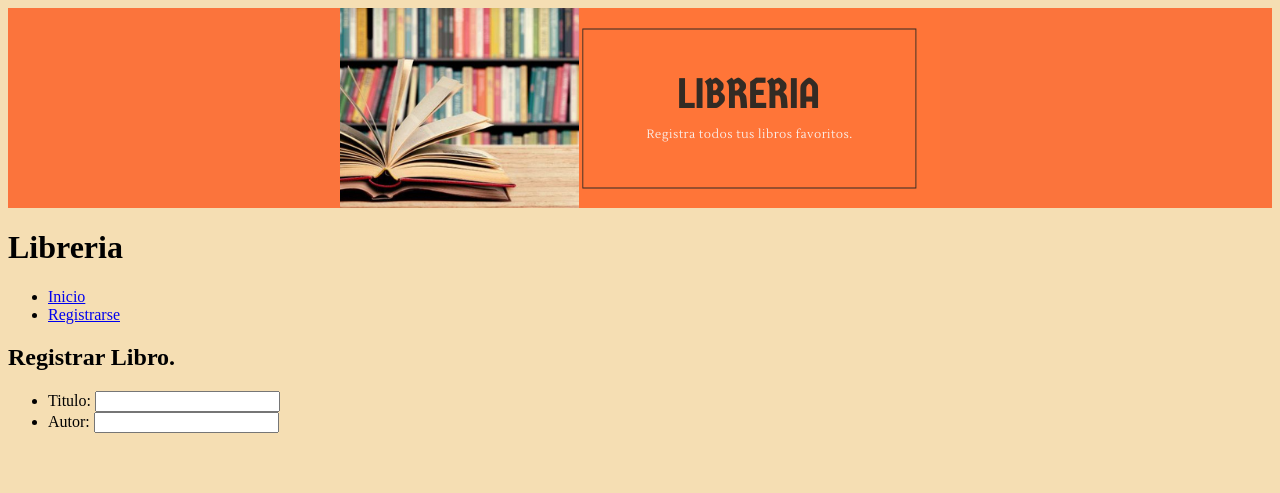
Repository: frnalonso/libreria
Page: src/main/resources/templates/registro.html
The author's editor kept a copy of each file at every save. The page is drawn from the files as they stood at one save, then again after the next save.
The browser window is 1280 px wide. The pictures show the whole page.

Above is the page before, as saved 2021-10-31 02:37:27.

### src/main/resources/templates/registro.html
<!DOCTYPE html>
<html lang="en">
<head>
    <meta charset="UTF-8">
    <meta http-equiv="X-UA-Compatible" content="IE=edge">
    <meta name="viewport" content="width=device-width, initial-scale=1.0">
    <title>Registro</title>
    <link rel="stylesheet" href="/src/main/resources/static/registrostyle.css">
</head>
<body>


    <header>
    <div id="banner">
    <img src="/src/main/resources/static/images/banner_libreria.png" id="imgbanner">
    </div>

    <hgroup>
        <h1>Libreria</h1>
    </hgroup>

    </header>

    <nav>
        <ul>
            <li><a href="index.html">Inicio</a></li>
            <li><a href="registro.html">Registrarse</a></li>
        </ul>
    </nav>

    <section class="articles">
        <article>

            <h2>Registrar Libro.</h2>

            <div class="content">
                <form action="">
                    <ul>
                        <li><label for="">Titulo: </label><input type="text"></li>
                        <li><label for="">Autor: </label><input type="text"></li>
                    </ul>
                </form>
            </div>

        </article>
    </section>

</body>
</html>

### src/main/resources/static/registrostyle.css
body {
    background-color:wheat;
}

div#banner {
width: 100%;
height: 200px;
background-color:  #fb743c;
}

img#imgbanner {
    display: block;
    margin: auto;
    width: 100%;
    max-width: 600px;
    min-width: 500px;
}

After the next save:
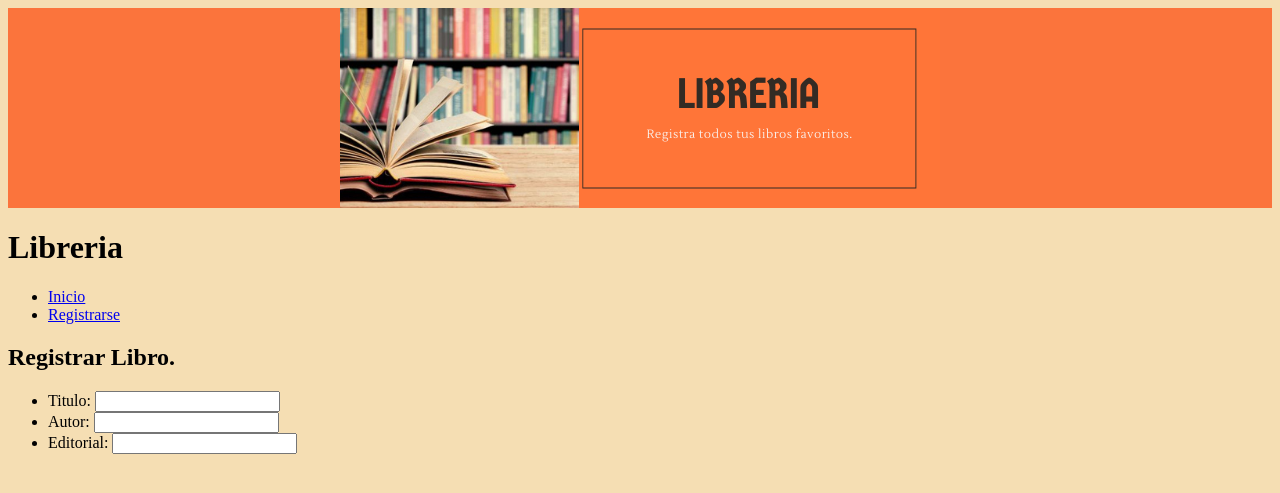
Saved 8 s later.
--- a/src/main/resources/templates/registro.html
+++ b/src/main/resources/templates/registro.html
@@ -38,6 +38,7 @@
                     <ul>
                         <li><label for="">Titulo: </label><input type="text"></li>
                         <li><label for="">Autor: </label><input type="text"></li>
+                        <li><label for="">Editorial: </label><input type="text"></li>
                     </ul>
                 </form>
             </div>
